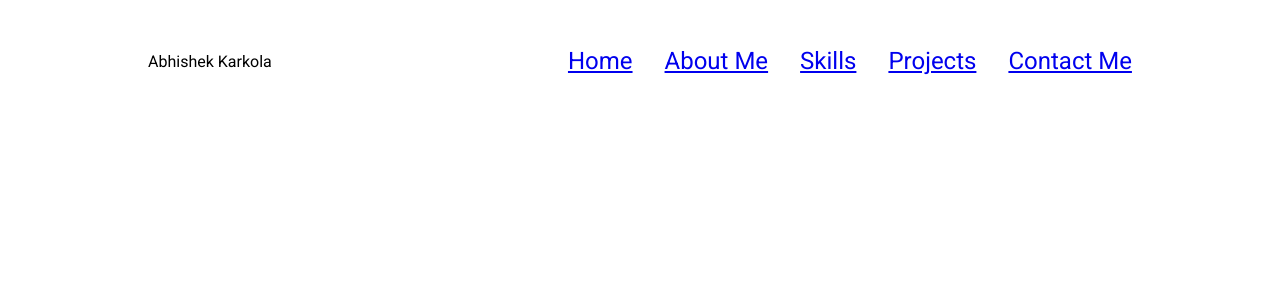
Repository: APersonalVoyage/APersonalVoyage.github.io
Page: index.html
These files come from the project's save history. The page is drawn as it stood at one moment and after a run of saves; the edit follows.
The browser window is 1280 px wide. The pictures show the whole page.

Above is the page before, as saved 2023-08-23 17:19:20.

### index.html
<!DOCTYPE html>
<html lang="en">
<head>
    <meta charset="UTF-8">
    <meta name="viewport" content="width=device-width, initial-scale=1.0">
    <title>My Portfolio</title>
    <link rel="stylesheet" href="style.css">
</head>
<body>
    <nav id="desktop-nav">
        <div class= "logo">Abhishek Karkola</div>
        <div>
            <u1 class="nav-links">
                <li><a href="#home">Home</a></li>
                <li><a href="#about">About Me</a></li>
                <li><a href="#skills">Skills</a></li>
                <li><a href="#projects">Projects</a></li>
                <li><a href="#contact">Contact Me</a></li>
            </u1>
        </div>
    </nav>
    <script src="script.js"></script>
</body>
</html>

### style.css
/* GENERAL TAGS */

@import url('https://fonts.googleapis.com/css?family=Roboto:400,700');

* {
  margin: 0;
  padding: 0;
  box-sizing: border-box;
}

body {
    font-family: 'Roboto', sans-serif;
}

html{
    scroll-behavior: smooth;
}

p{
    color: rgb(85, 85, 85);
}

/* Transition */

a,
.btn{
    transition: all 0.3s ease;
}

/* Desktop Navigation */

nav,
.nav-links{
    display: flex;
    justify-content: space-around;
    align-items: center;
    height: 17vh;
}


.nav-links li{
    list-style: none;
    font-size: 1.5rem;
}

.nav-links {
    gap : 2rem;

}

Loaded but not shown: script.js (no copy from this time; the picture is the same without it)

After the next 2 saves:
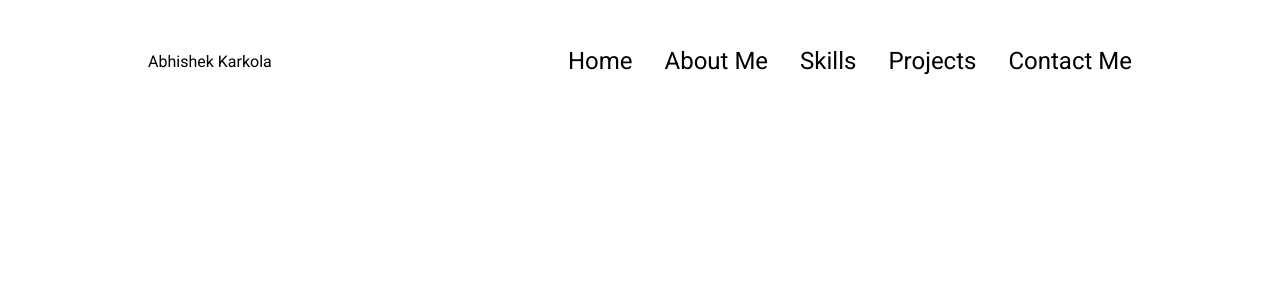
The 2 saves are shown as one change because they came seconds apart.
The last was saved 2 min 6 s later.
--- a/style.css
+++ b/style.css
@@ -45,5 +45,17 @@ nav,
 
 .nav-links {
     gap : 2rem;
+}
+
+a{
+    color: black;
+    text-decoration: none;
+    text-decoration-color: white;
+}
+
+a:hover{
+    color: grey;
+    text-decoration: underline;
+    text-underline-offset: 1rem;
 
 }
